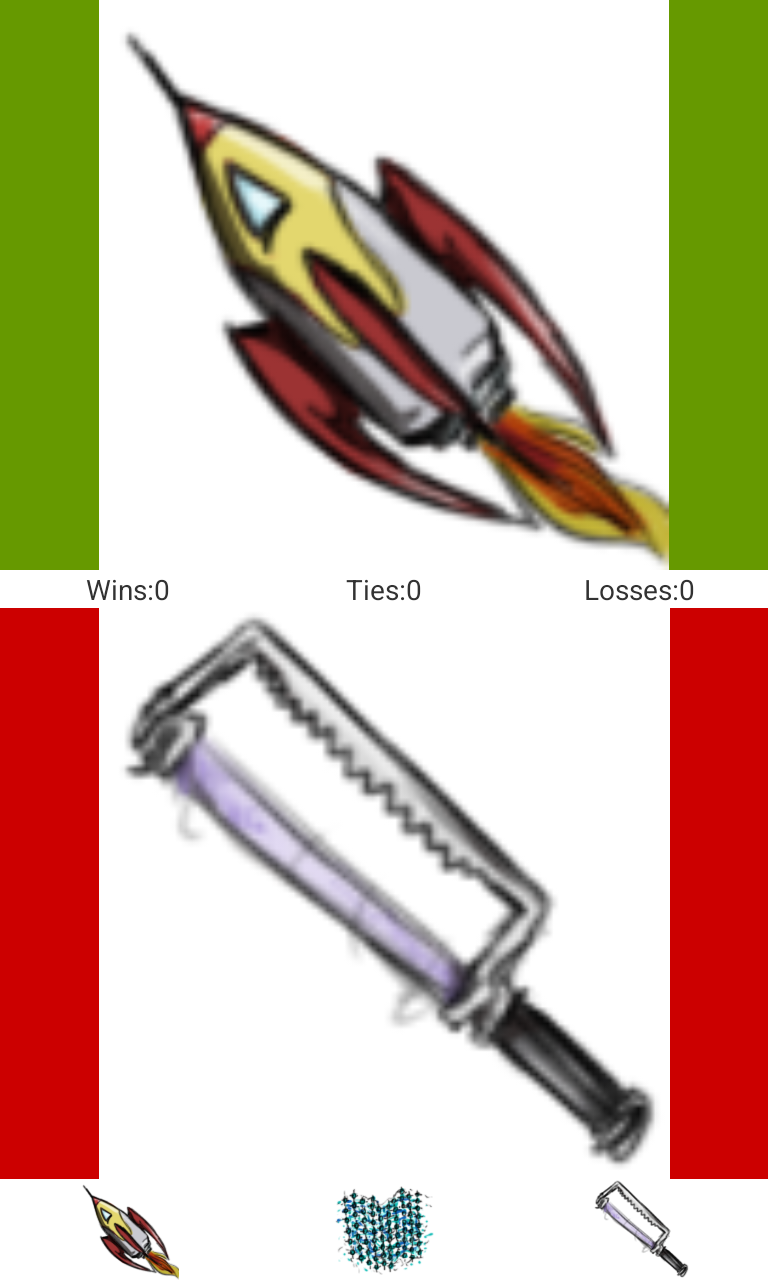
Repository: BU-HuangJ/angrybots_android_app
Layout: workspace/AngryBots/res/layout/activity_mini_game3.xml
The author's editor kept a copy of each file at every save. The layout is drawn from the files as they stood at one save, then again after the next save.
It is drawn on a 768 x 1280 px phone screen (xhdpi) without system bars, with theme AppTheme; the app's code is not run.

Above is the layout before, as saved 2013-04-29 18:05:24.

### workspace/AngryBots/res/layout/activity_mini_game3.xml
<LinearLayout xmlns:android="http://schemas.android.com/apk/res/android"
    xmlns:tools="http://schemas.android.com/tools"
    android:layout_width="match_parent"
    android:layout_height="match_parent"
    android:orientation="vertical"
    tools:context=".MiniGame3" >

    <ImageView
	    android:id="@+id/p2_choice"
	    android:layout_width="fill_parent"
	    android:layout_height="0dp"
	    android:layout_weight="1"
		android:gravity="center"
		android:background="@android:color/holo_green_dark"
	    android:src="@drawable/rpc_rock_rocket" />

    <LinearLayout
        android:id="@+id/RPC_results"
	    android:layout_width="fill_parent"
	    android:layout_height="wrap_content"
	    android:baselineAligned="false"
	    android:orientation="horizontal" >

	    <LinearLayout
		    android:layout_width="0dp"
		    android:layout_height="wrap_content"
	    	android:layout_weight="1"
			android:gravity="center"
		    android:orientation="horizontal" >

		    <TextView
			    android:layout_width="wrap_content"
			    android:layout_height="wrap_content"
			    android:text="@string/rpc_wins" />

		    <TextView
	        	android:id="@+id/RPC_wins"
			    android:layout_width="wrap_content"
			    android:layout_height="wrap_content"
			    android:text="@string/zero" />

	    </LinearLayout>

	    <LinearLayout
		    android:layout_width="0dp"
		    android:layout_height="wrap_content"
	    	android:layout_weight="1"
			android:gravity="center"
		    android:orientation="horizontal" >

		    <TextView
			    android:layout_width="wrap_content"
			    android:layout_height="wrap_content"
			    android:text="@string/rpc_ties" />

		    <TextView
	        	android:id="@+id/RPC_ties"
			    android:layout_width="wrap_content"
			    android:layout_height="wrap_content"
			    android:text="@string/zero" />

	    </LinearLayout>

	    <LinearLayout
		    android:layout_width="0dp"
		    android:layout_height="wrap_content"
	    	android:layout_weight="1"
			android:gravity="center"
		    android:orientation="horizontal" >

		    <TextView
			    android:layout_width="wrap_content"
			    android:layout_height="wrap_content"
			    android:text="@string/rpc_losses" />

		    <TextView
	        	android:id="@+id/RPC_losses"
			    android:layout_width="wrap_content"
			    android:layout_height="wrap_content"
			    android:text="@string/zero" />

	    </LinearLayout>

    </LinearLayout>

    <ImageView
	    android:id="@+id/p1_choice"
	    android:layout_width="fill_parent"
	    android:layout_height="0dp"
	    android:layout_weight="1"
		android:gravity="center"
		android:background="@android:color/holo_red_dark"
	    android:src="@drawable/rpc_scissors_laser_cutter" />

    <LinearLayout
        android:id="@+id/RPC_bot"
	    android:layout_width="fill_parent"
	    android:layout_height="wrap_content"
	    android:orientation="horizontal" >

        <ImageButton
	        android:id="@+id/bot_rock"
	        android:layout_width="0dp"
	        android:layout_height="wrap_content"
	        android:layout_weight="1"
	        android:onClick="chooseRock"
	        android:background="@android:color/transparent"
	        android:src="@drawable/rpc_rock_rocket" />

        <ImageButton
	        android:id="@+id/bot_paper"
	        android:layout_width="0dp"
	        android:layout_height="wrap_content"
	        android:layout_weight="1"
	        android:onClick="choosePaper"
	        android:background="@android:color/transparent"
	        android:src="@drawable/rpc_paper_nano_net" />

        <ImageButton
	        android:id="@+id/bot_scissors"
	        android:layout_width="0dp"
	        android:layout_height="wrap_content"
	        android:layout_weight="1"
	        android:onClick="chooseScissors"
	        android:background="@android:color/transparent"
	        android:src="@drawable/rpc_scissors_laser_cutter" />

    </LinearLayout>

    <Button
        android:id="@+id/find_opponent_button"
        android:layout_width="fill_parent"
        android:layout_height="wrap_content"
        android:onClick="find_opponent"
        android:visibility="gone"
        android:text="@string/find_opponent" />

</LinearLayout>

### workspace/AngryBots/res/values/strings.xml
<?xml version="1.0" encoding="utf-8"?>
<resources>

    <string name="title_activity_human_home_page">HumanHomePage</string>
    <string name="login_screen_image">Login Screen Image</string>
    <string name="title_activity_main_menu">MainMenuActivity</string>
    <string name="app_name">angrybotsapp</string>
    <string name="hello_world">Hello world!</string>
    <string name="menu_settings">Settings</string>
    <string name="AngryBots_Profile">Angry Bots Profile</string>
    <string name="Leaderboard">Leaderboard</string>
    <string name="Achievements">Achievements</string>
    <string name="edit_message">Enter a message</string>
    <string name="button_send">Send</string>
    <string name="title_activity_angrybots_profile">AngrybotsProfile</string>
    <string name="title_activity_leaderboard">Leaderboard</string>
    <string name="title_activity_Achievements">Achievements</string>
    <string name="title_activity_achievements">Achievements</string>
    <string name="lerpzprofile">LerpzProfile</string>
    <string name="title_activity_options">Server</string>
    <string name="title_activity_edit">Map</string>
    <string name="title_activity_tab_sample">Settings</string>
    <string name="title_activity_mini_game">MiniGame</string>
    <string name="title_activity_add_point">AddPoint</string>
    <string name="title_activity_mappoint1">Mappoint1</string>
    <string name="title_activity_mappoint2">Mappoint2</string>
    <string name="title_activity_mappoint3">Mappoint3</string>
    <string name="title_activity_mappoint4">Mappoint4</string>
    <string name="title_activity_mappoint5">Mappoint5</string>
    <string name="title_activity_mappoint6">Mappoint6</string>
    <string name="title_activity_minigame_portal">MinigamePortal</string>
    <string name="title_activity_mini_game2">MiniGame2</string>
    <string name="app_title">Find The Imposter by Dylan Taylor</string>
    <string name="win_title">Congratulations!</string>
    <string name="win_message">You found the imposter!</string>
    <string name="ok">OK</string>
    <string name="lose_title">You Lose!</string>
    <string name="title_activity_human_wiki">HumanWiki</string>
    <string name="title_activity_mini_game3">MiniGame3</string>
    <string name="find_opponent">Search for an Opponent</string>
    <string name="rock">rock</string>
    <string name="paper">paper</string>
    <string name="scissors">scissors</string>
    <string name="rpc_wins">Wins: </string>
    <string name="rpc_ties">Ties: </string>
    <string name="rpc_losses">Losses: </string>
    <string name="zero">0</string>
    <string name="title_activity_robot_home_page">RobotHomePage</string>
    <string name="title_activity_robot_competition">RobotCompetition</string>
    <string name="title_activity_robot_leaderboard">RobotLeaderboard</string>
    <string name="action_settings">Settings</string>
    <string name="title_activity_robot_map">RobotMap</string>
    <string name="title_activity_robot_minigames">RobotMinigames</string>
    <string name="title_activity_robot_profile">RobotProfile</string>
    <string name="title_activity_robot_settings">RobotSettings</string>
    <string name="title_activity_robot_wiki">RobotWiki</string>

</resources>

Loaded but not shown: workspace/AngryBots/res/values/styles.xml (common file); workspace/AngryBots/res/values-v11/styles.xml (common file); workspace/AngryBots/res/values-v14/styles.xml (common file)

After the next save:
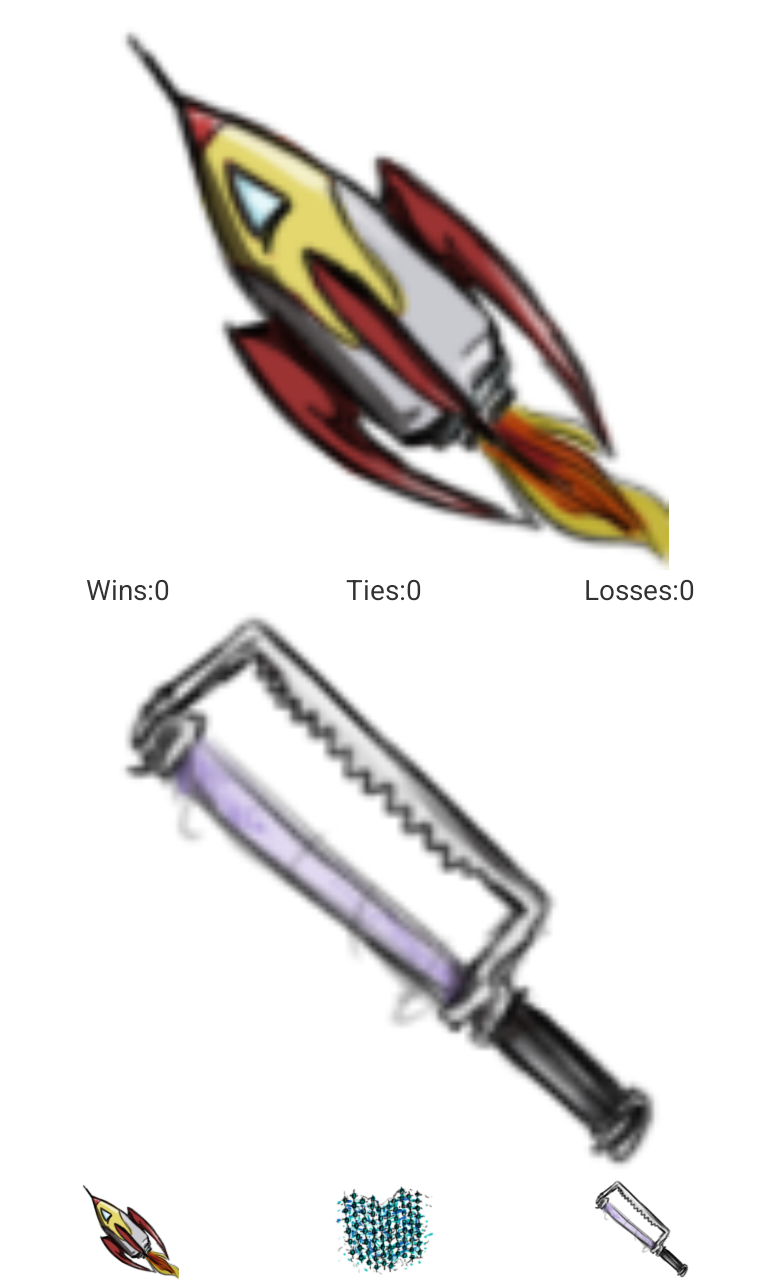
Saved 26 s later.
--- a/workspace/AngryBots/res/layout/activity_mini_game3.xml
+++ b/workspace/AngryBots/res/layout/activity_mini_game3.xml
@@ -11,7 +11,6 @@
 	    android:layout_height="0dp"
 	    android:layout_weight="1"
 		android:gravity="center"
-		android:background="@android:color/holo_green_dark"
 	    android:src="@drawable/rpc_rock_rocket" />
 
     <LinearLayout
@@ -89,7 +88,6 @@
 	    android:layout_height="0dp"
 	    android:layout_weight="1"
 		android:gravity="center"
-		android:background="@android:color/holo_red_dark"
 	    android:src="@drawable/rpc_scissors_laser_cutter" />
 
     <LinearLayout
